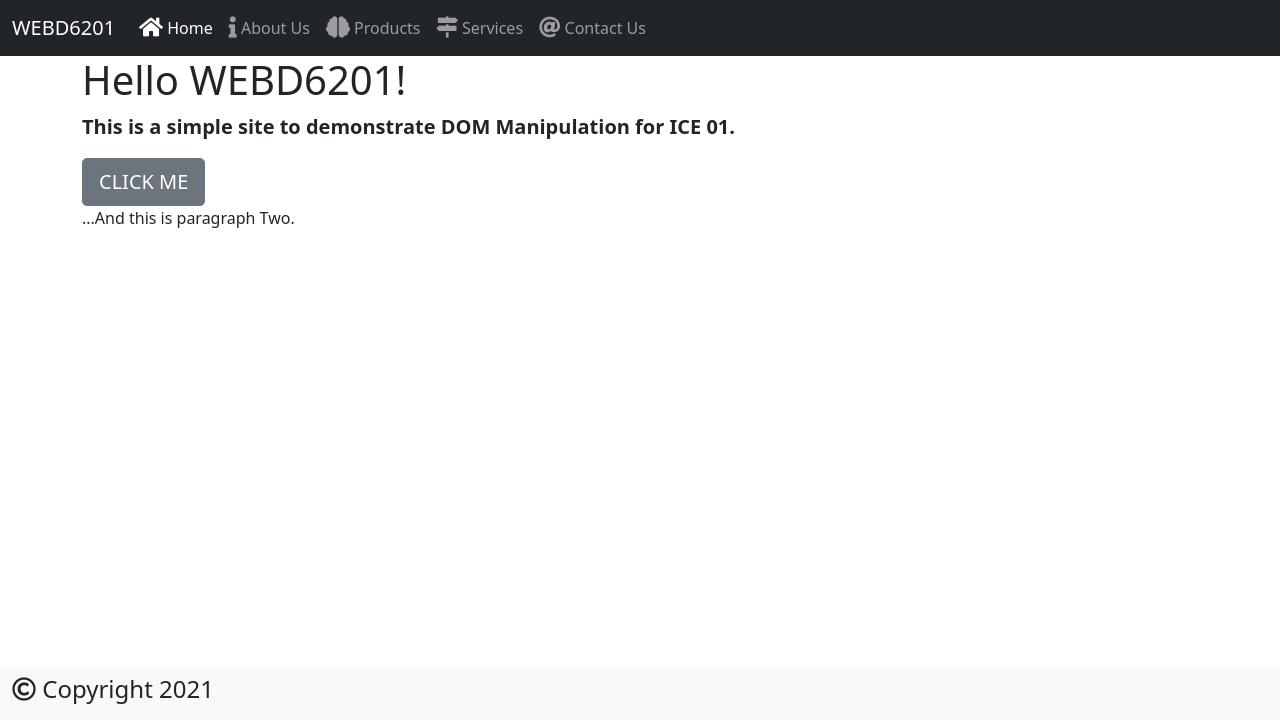
Repository: GarlicButterBoy/WEBD6201-Week1
Page: index.html
The author's editor kept a copy of each file at every save. The page is drawn from the files as they stood at one save, then again after the next save.
The browser window is 1280 px wide. The pictures show the whole page.

Above is the page before, as saved 2021-01-21 08:26:28.
Console error: TypeError: paragraphTwo.After is not a function

After the next save:
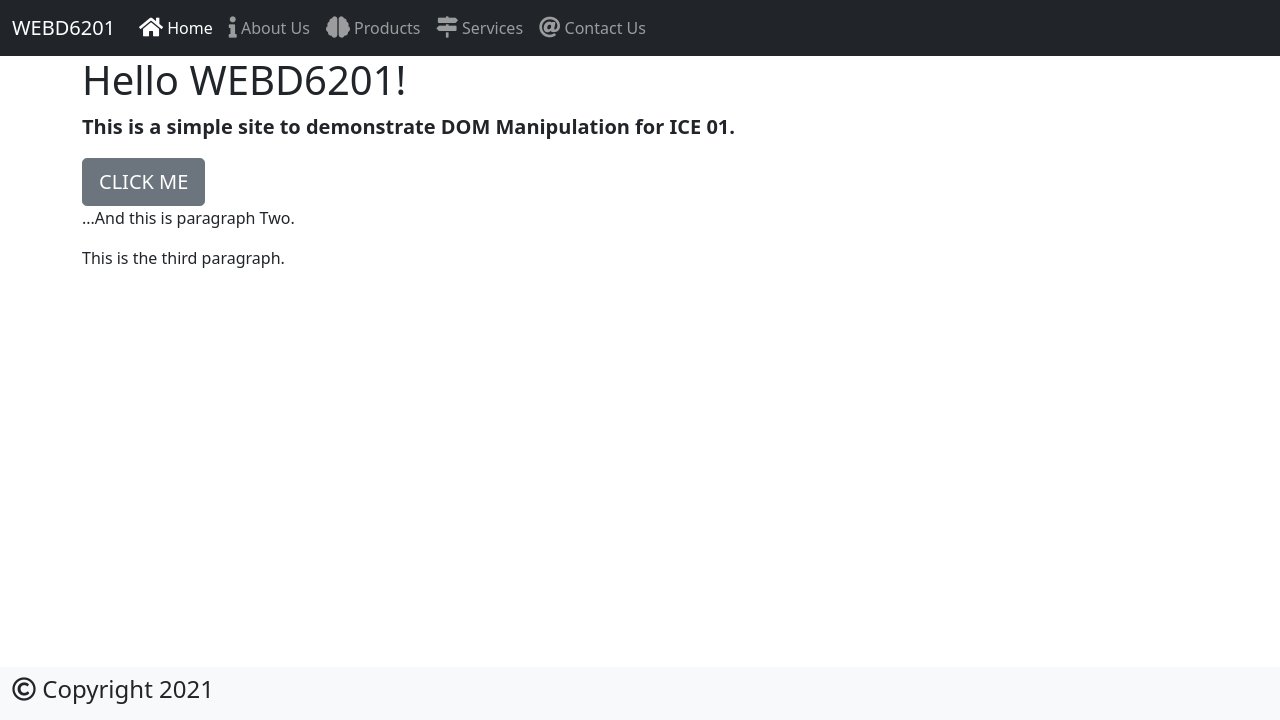
The error is gone.
Saved 22 s later.
--- a/Scripts/app.js
+++ b/Scripts/app.js
@@ -44,7 +44,7 @@
        //paragraphTwo.before(paragraphDiv);
 
        //Insertion After
-       paragraphTwo.After(paragraphDiv);
+       paragraphTwo.after(paragraphDiv);
 
        for (let index = 0; index < 5; index++)
        {
